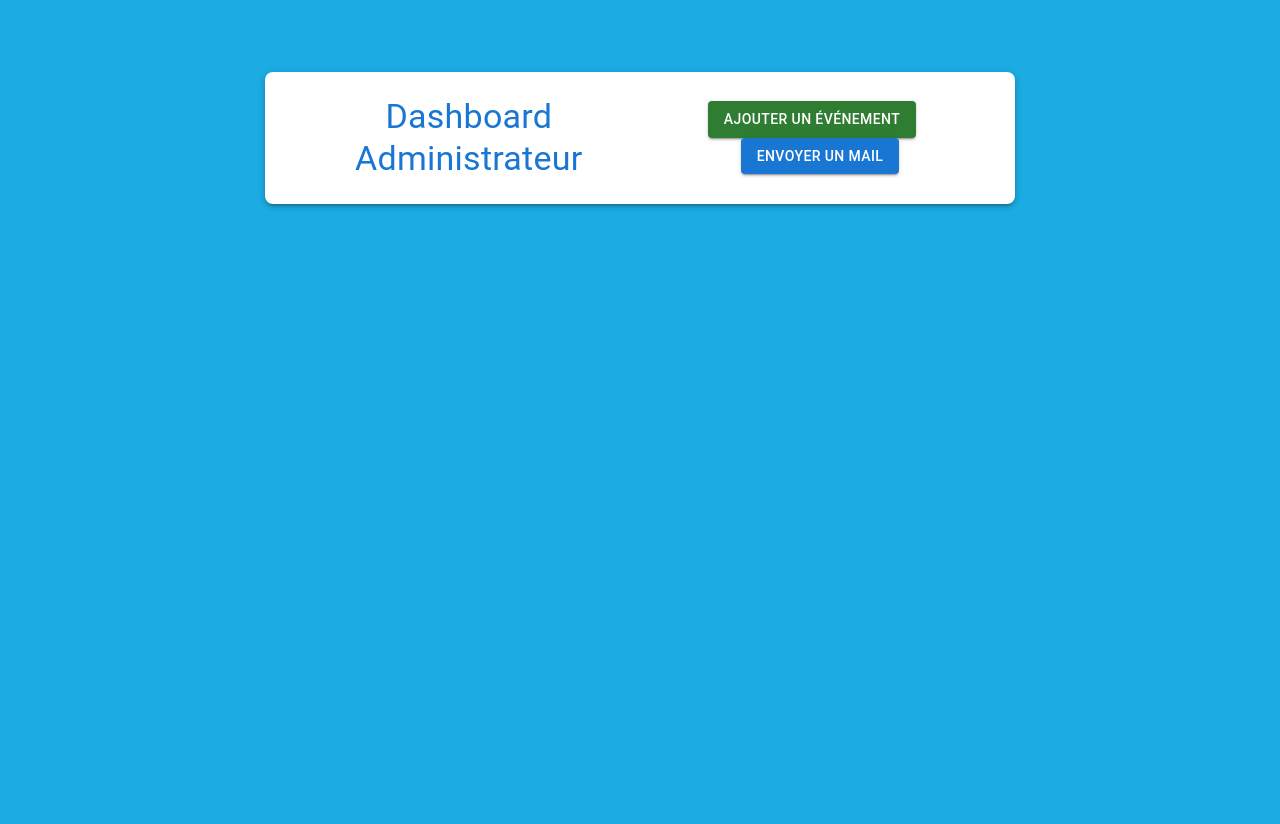
Repository: clement-chn/challenge-48h
Page: /dashboard (app in front/)
The author's editor kept a copy of each file at every save. The page is drawn from the files as they stood at one save, then again after the next save.
The browser window is 1280 px wide. The pictures show the whole page.
The project was rebuilt for these pictures with package versions that can differ from the ones it lists, and the page was loaded fresh each time. Also part of the build but not shown: front/vite.config.js, front/src/Routes/connexion.jsx, front/src/Routes/inscriptions.jsx.

Above is the page before, as saved 2025-04-03 14:06:56.

### front/src/App.jsx
import './App.css'
import { BrowserRouter as Router, Routes, Route, Navigate } from 'react-router-dom'
import Connexion from './Routes/connexion.jsx'
import Dashboard from './Routes/dashboard.jsx'
import Inscription from './Routes/inscriptions.jsx'

function App() {
  return (
    <>
      <Router>
        <div style={{ minHeight: '100vh' }}> {/* Suppression de backgroundColor */}
          <Routes>
            <Route path="/" element={<Connexion />} />
            <Route path="/dashboard" element={<Dashboard />} />
            <Route path="*" element={<Navigate to="/" />} />
          </Routes>
        </div>
      </Router>
    </>
  )
}

export default App

### front/src/App.css
body {
  background-color: #1CABE2; /* Changement de fond */
  margin: 0;
  font-family: Arial, sans-serif;
}

#root {
  max-width: 1280px;
  margin: 0 auto;
  padding: 2rem;
  text-align: center;
}

.logo {
  height: 6em;
  padding: 1.5em;
  will-change: filter;
  transition: filter 300ms;
}
.logo:hover {
  filter: drop-shadow(0 0 2em #646cffaa);
}
.logo.react:hover {
  filter: drop-shadow(0 0 2em #61dafbaa);
}

@keyframes logo-spin {
  from {
    transform: rotate(0deg);
  }
  to {
    transform: rotate(360deg);
  }
}

@media (prefers-reduced-motion: no-preference) {
  a:nth-of-type(2) .logo {
    animation: logo-spin infinite 20s linear;
  }
}

.card {
  padding: 2em;
}

.read-the-docs {
  color: #888;
}

### front/src/Routes/dashboard.jsx
import React, { useState } from 'react';
import { Box, Card, CardContent, IconButton, Typography, Button } from '@mui/material';
import EditIcon from '@mui/icons-material/Edit';
import DeleteIcon from '@mui/icons-material/Delete';
import ModalCreeEvent from '../Components/ModalCreeEvent';
import HeaderSection from '../Components/HeaderSection'; // Import du nouveau composant

const AdminDashboard = () => {
  const [open, setOpen] = useState(false);
  const [events, setEvents] = useState([]);
  const [eventData, setEventData] = useState({
    title: '',
    date: '',
    description: '',
  });
  const [registeredEvents, setRegisteredEvents] = useState([]);

  const handleOpen = () => setOpen(true);
  const handleClose = () => {
    setOpen(false);
    setEventData({ title: '', date: '', description: '' });
  };

  const handleChange = (e) => {
    setEventData({ ...eventData, [e.target.name]: e.target.value });
  };

  const handleSubmit = (e) => {
    e.preventDefault();
    setEvents([...events, { ...eventData, id: Date.now() }]);
    handleClose();
  };

  const handleDelete = (id) => {
    setEvents(events.filter(event => event.id !== id));
    setRegisteredEvents(registeredEvents.filter(eventId => eventId !== id));
  };

  const handleRegister = (id) => {
    if (registeredEvents.includes(id)) {
      setRegisteredEvents(registeredEvents.filter(eventId => eventId !== id));
    } else {
      setRegisteredEvents([...registeredEvents, id]);
    }
  };

  const handleSendMail = () => {
    alert('Mail envoyé !');
  };

  return (
    <div style={{ backgroundColor: '#1CABE2', minHeight: '100vh' }}> {/* Fond principal */}
      <Box sx={{ maxWidth: '90%', margin: 'auto', mt: 5 }}>
        {/* Utilisation du composant HeaderSection */}
        <HeaderSection onAddEvent={handleOpen} onSendMail={handleSendMail} />

        {/* Liste des événements */}
        {events.map((event) => (
          <Card key={event.id} sx={{ mb: 2, p: 2, display: 'flex', justifyContent: 'space-between', alignItems: 'center' }}>
            <CardContent>
              <Typography variant="subtitle2" color="textSecondary">
                {event.date}
              </Typography>
              <Typography variant="h6">{event.title}</Typography>
              <Typography variant="body2" color="textSecondary">
                {event.description}
              </Typography>
            </CardContent>
            <Box>
              <IconButton color="primary">
                <EditIcon />
              </IconButton>
              <IconButton color="error" onClick={() => handleDelete(event.id)}>
                <DeleteIcon />
              </IconButton>
              <Button
                variant="contained"
                color={registeredEvents.includes(event.id) ? 'error' : 'primary'}
                onClick={() => handleRegister(event.id)}
                sx={{ ml: 1 }}
              >
                {registeredEvents.includes(event.id) ? 'Se désinscrire' : 'S’inscrire'}
              </Button>
            </Box>
          </Card>
        ))}

        {/* Utilisation du composant ModalCreeEvent */}
        <ModalCreeEvent
          open={open}
          handleClose={handleClose}
          handleSubmit={handleSubmit}
          handleChange={handleChange}
          eventData={eventData}
        />
      </Box>
    </div>
  );
};

export default AdminDashboard;

### front/src/Components/ModalCreeEvent.jsx
import React from 'react';
import { Box, Typography, Modal, TextField, Button } from '@mui/material';

const ModalCreeEvent = ({ open, handleClose, handleSubmit, handleChange, eventData }) => {
  return (
    <Modal open={open} onClose={handleClose} aria-labelledby="modal-title">
      <Box
        sx={{
          position: 'absolute',
          top: '50%',
          left: '50%',
          transform: 'translate(-50%, -50%)',
          width: 400,
          bgcolor: 'background.paper',
          boxShadow: 24,
          p: 4,
          borderRadius: 2,
        }}
      >
        <Typography id="modal-title" variant="h6" sx={{ mb: 2 }}>
          Créer un nouvel événement
        </Typography>

        {/* Formulaire */}
        <form onSubmit={handleSubmit}>
          <TextField
            label="Titre de l'événement"
            name="title"
            fullWidth
            required
            margin="dense"
            value={eventData.title}
            onChange={handleChange}
          />
          <TextField
            label="Date"
            type="date"
            name="date"
            fullWidth
            required
            margin="dense"
            InputLabelProps={{ shrink: true }}
            value={eventData.date}
            onChange={handleChange}
          />
          <TextField
            label="Description"
            name="description"
            fullWidth
            multiline
            rows={3}
            margin="dense"
            value={eventData.description}
            onChange={handleChange}
          />

          <Box sx={{ display: 'flex', justifyContent: 'space-between', mt: 3 }}>
            <Button variant="contained" color="error" onClick={handleClose}>
              Annuler
            </Button>
            <Button variant="contained" color="primary" type="submit">
              Créer
            </Button>
          </Box>
        </form>
      </Box>
    </Modal>
  );
};

export default ModalCreeEvent;

### front/src/Components/HeaderSection.jsx
import React from 'react';
import { Box, Button, Typography } from '@mui/material';

const HeaderSection = ({ onAddEvent, onSendMail }) => {
  return (
    <Box
      sx={{
        backgroundColor: '#ffffff', // Fond blanc
        borderRadius: 2,
        p: 3,
        display: 'flex',
        justifyContent: 'space-between',
        alignItems: 'center',
        boxShadow: 3,
        mb: 3,
      }}
    >
      <Typography variant="h4" color="primary">
        Dashboard Administrateur
      </Typography>
      <Box>
        <Button
          variant="contained"
          color="success"
          onClick={onAddEvent}
          sx={{ mr: 2 }}
        >
          Ajouter un événement
        </Button>
        <Button
          variant="contained"
          color="primary"
          onClick={onSendMail}
        >
          Envoyer un mail
        </Button>
      </Box>
    </Box>
  );
};

export default HeaderSection;

Loaded but not shown: front/index.html (common file); front/src/main.jsx (common file); front/src/index.css (common file)

After the next save:
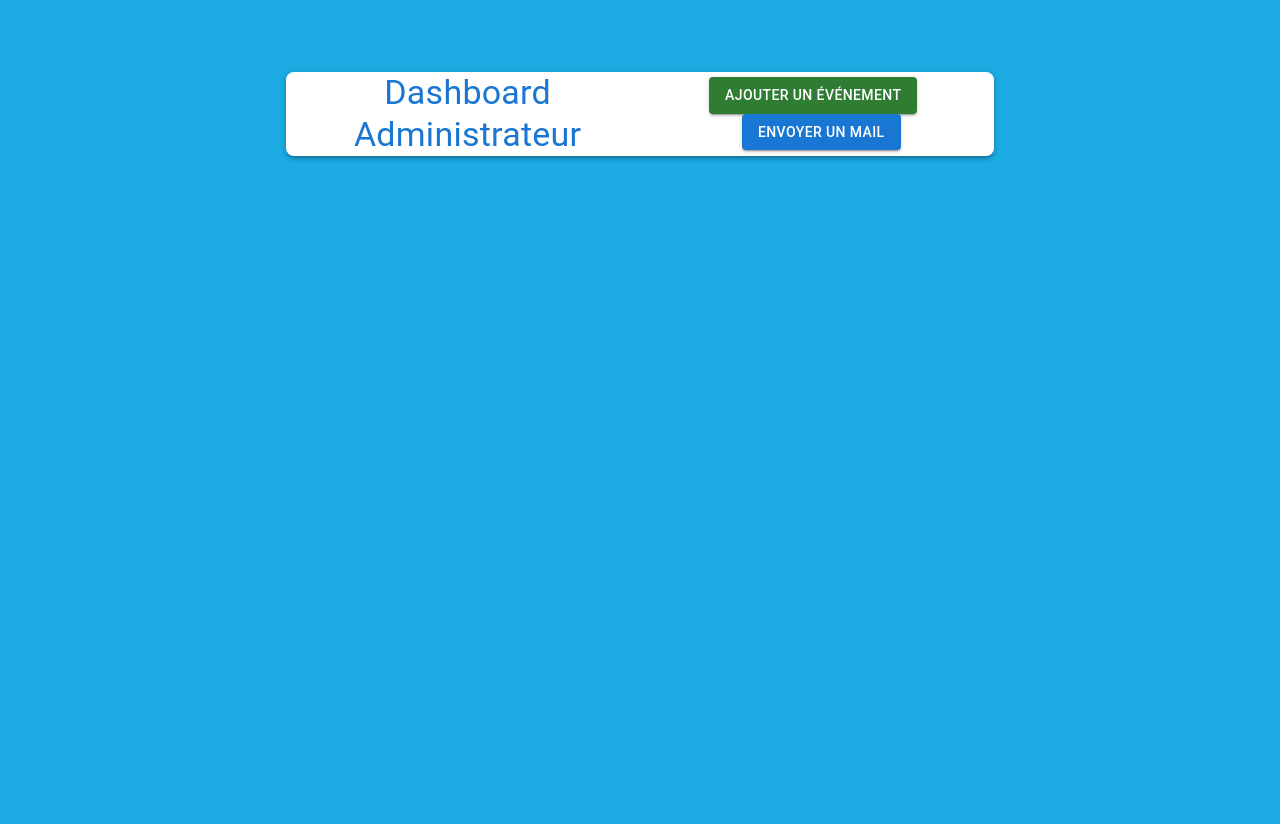
Saved 28 s later.
--- a/front/src/Components/HeaderSection.jsx
+++ b/front/src/Components/HeaderSection.jsx
@@ -7,7 +7,7 @@ const HeaderSection = ({ onAddEvent, onSendMail }) => {
       sx={{
         backgroundColor: '#ffffff', // Fond blanc
         borderRadius: 2,
-        p: 3,
+
         display: 'flex',
         justifyContent: 'space-between',
         alignItems: 'center',
